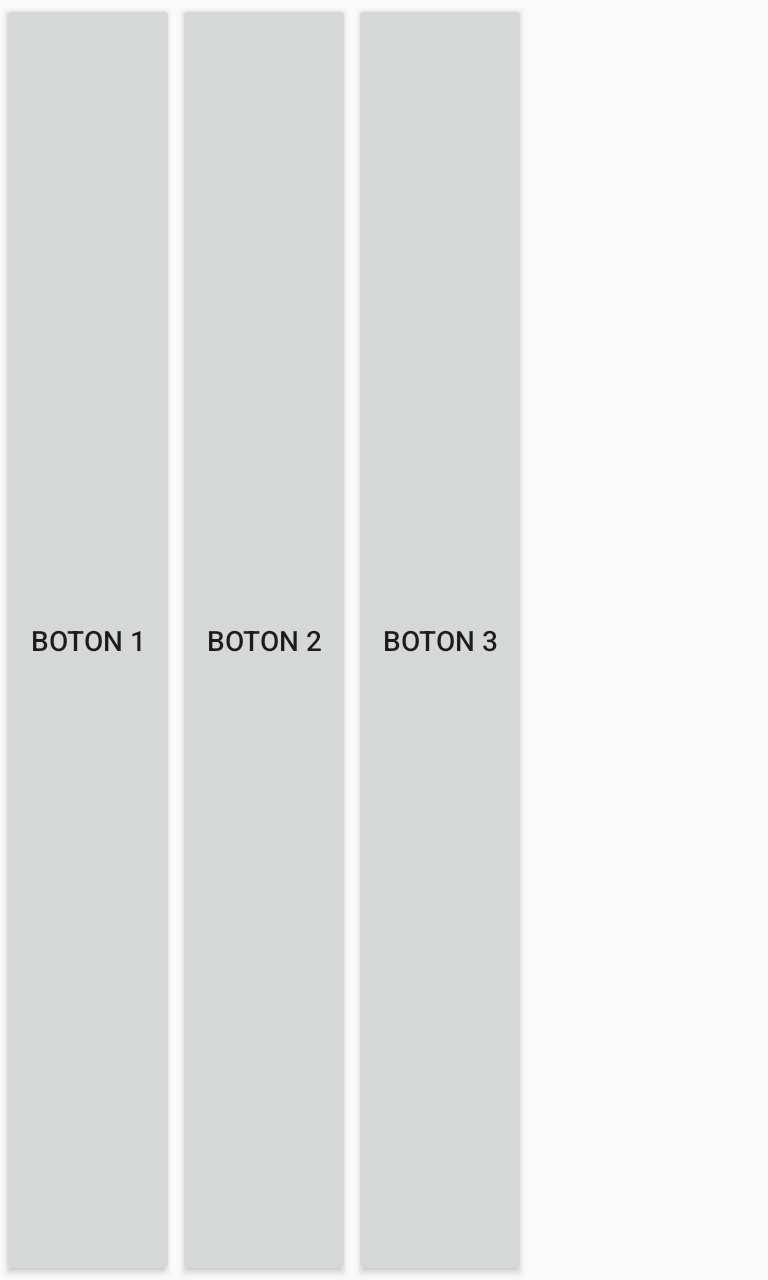
Repository: jromanz/android-projects
Layout: ListaAlumnos/res/layout/activity_linear_layout.xml
The author's editor kept a copy of each file at every save. The layout is drawn from the files as they stood at one save, then again after a run of saves.
It is drawn on a 768 x 1280 px phone screen (xhdpi) without system bars, with theme AppTheme; the app's code is not run.

Above is the layout before, as saved 2014-08-28 19:36:56.

### ListaAlumnos/res/layout/activity_linear_layout.xml
<LinearLayout xmlns:android="http://schemas.android.com/apk/res/android"
    xmlns:tools="http://schemas.android.com/tools"
    android:layout_width="wrap_content"
    android:layout_height="fill_parent"
    android:orientation="vertical"
    tools:context="${relativePackage}.${activityClass}" >

    <LinearLayout
        android:id="@+id/linearLayout1"
        android:layout_width="wrap_content"
        android:layout_height="fill_parent"
        android:orientation="horizontal" >

        <Button
            android:id="@+id/boton1Linear"
            android:layout_width="wrap_content"
            android:layout_height="fill_parent"
            android:text="@string/btn1Linear" />

        <Button
            android:id="@+id/boton2Linear"
            android:layout_width="wrap_content"
            android:layout_height="fill_parent"
            android:text="@string/btn2Linear" />

        <Button
            android:id="@+id/boton3Linear"
            android:layout_width="wrap_content"
            android:layout_height="fill_parent"
            android:text="@string/btn3Linear" />
    </LinearLayout>

    <Button
        android:id="@+id/botonRetornarLinear"
        android:layout_width="fill_parent"
        android:layout_height="wrap_content"
        android:text="@string/btnRetornarLinear" />

</LinearLayout>

### ListaAlumnos/res/values/strings.xml
<?xml version="1.0" encoding="utf-8"?>
<resources>

    <string name="app_name">ListaAlumnos</string>
    <string name="hello_world">Hello world!</string>
    <string name="action_settings">Settings</string>
    <string name="title_activity_formulario">Registro Alumnos</string>
    <string name="explica">Tu amigo explica!</string>
    <string name="btnConfirmar">Confirmar</string>
    <string name="btnRetornar">Retornar</string>
    <string name="ir">Ir Registro</string>
    <string name="title_activity_linear_layout">LinearLayoutActivity</string>
	<string name="linearLayout">Linear Layout</string>
	<string name="btn1Linear">Boton 1</string>
	<string name="btn2Linear">Boton 2</string>
	<string name="btn3Linear">Boton 3</string>
	<string name="btnRetornarLinear">Retornar</string>

</resources>

Loaded but not shown: ListaAlumnos/res/values/styles.xml (common file); ListaAlumnos/res/values-v11/styles.xml (common file); ListaAlumnos/res/values-v14/styles.xml (common file)

After the next 2 saves:
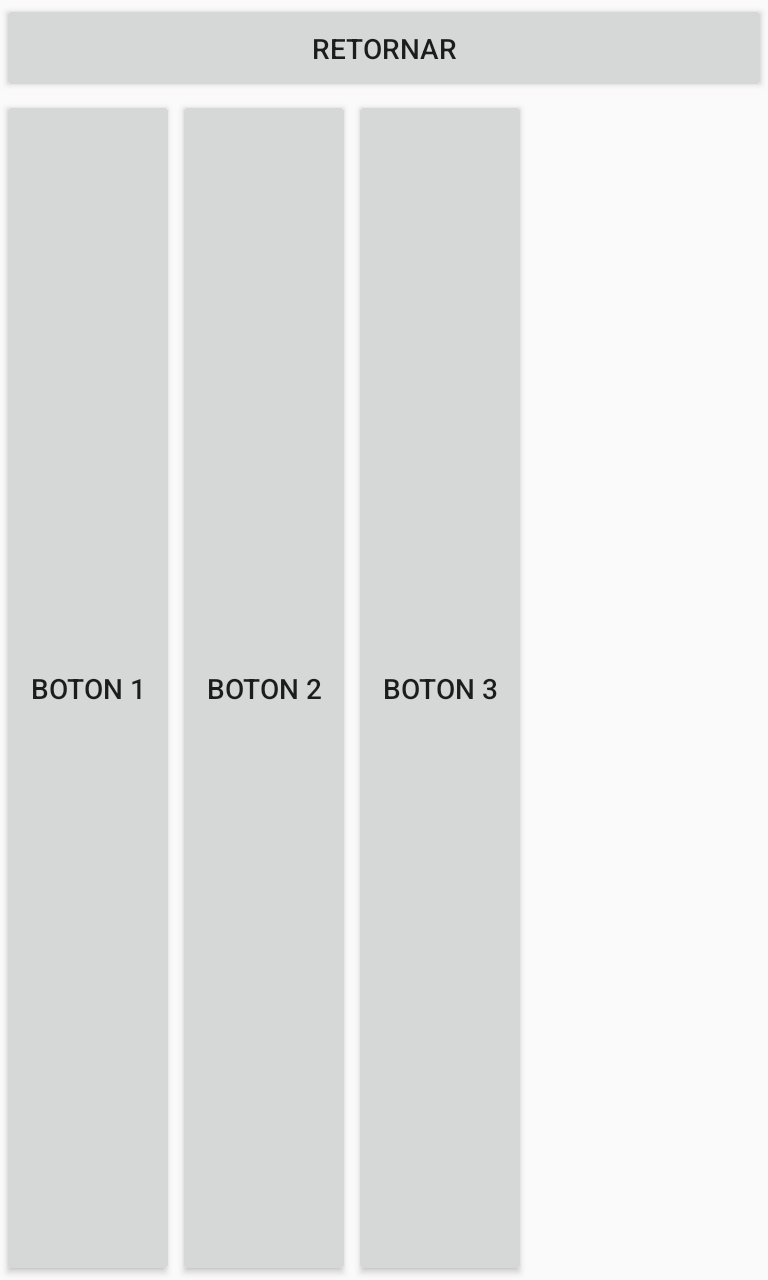
The 2 saves are shown as one change because they came seconds apart.
The last was saved 2 min 50 s later.
--- a/ListaAlumnos/res/layout/activity_linear_layout.xml
+++ b/ListaAlumnos/res/layout/activity_linear_layout.xml
@@ -4,6 +4,12 @@
     android:layout_height="fill_parent"
     android:orientation="vertical"
     tools:context="${relativePackage}.${activityClass}" >
+
+    <Button
+        android:id="@+id/botonRetornarLinear"
+        android:layout_width="fill_parent"
+        android:layout_height="wrap_content"
+        android:text="@string/btnRetornarLinear" />
 
     <LinearLayout
         android:id="@+id/linearLayout1"
@@ -30,10 +36,6 @@
             android:text="@string/btn3Linear" />
     </LinearLayout>
 
-    <Button
-        android:id="@+id/botonRetornarLinear"
-        android:layout_width="fill_parent"
-        android:layout_height="wrap_content"
-        android:text="@string/btnRetornarLinear" />
+
 
 </LinearLayout>
